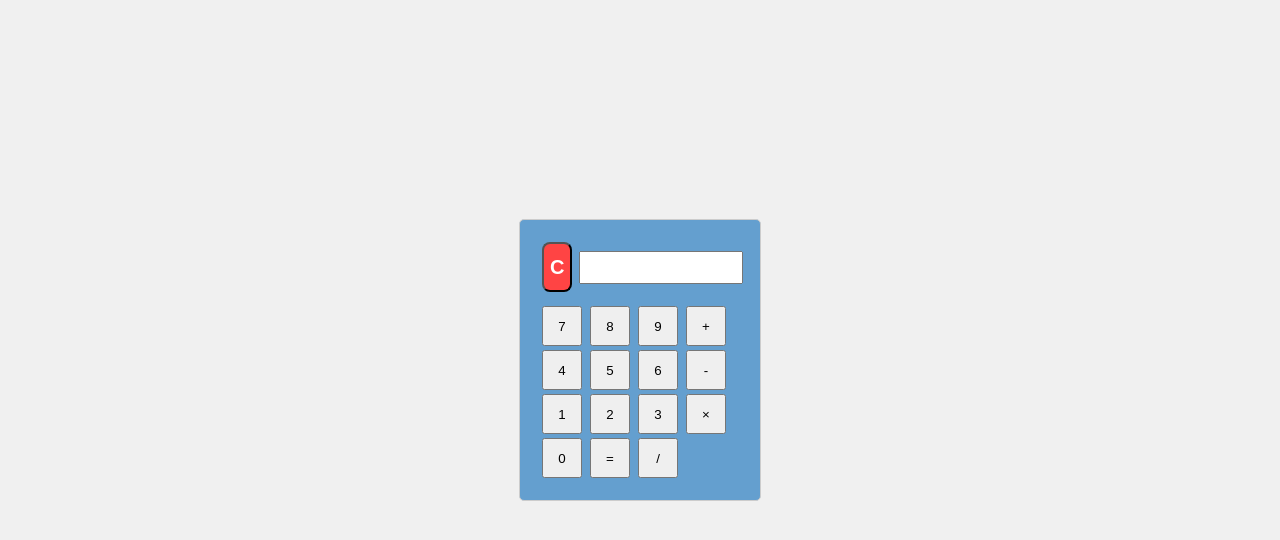
Repository: Burnmyheart/calculator
Page: index.html
The author's editor kept a copy of each file at every save. The page is drawn from the files as they stood at one save, then again after the next save.
The browser window is 1280 px wide. The pictures show the whole page.

Above is the page before, as saved 2025-04-28 22:39:57.

After the next save:
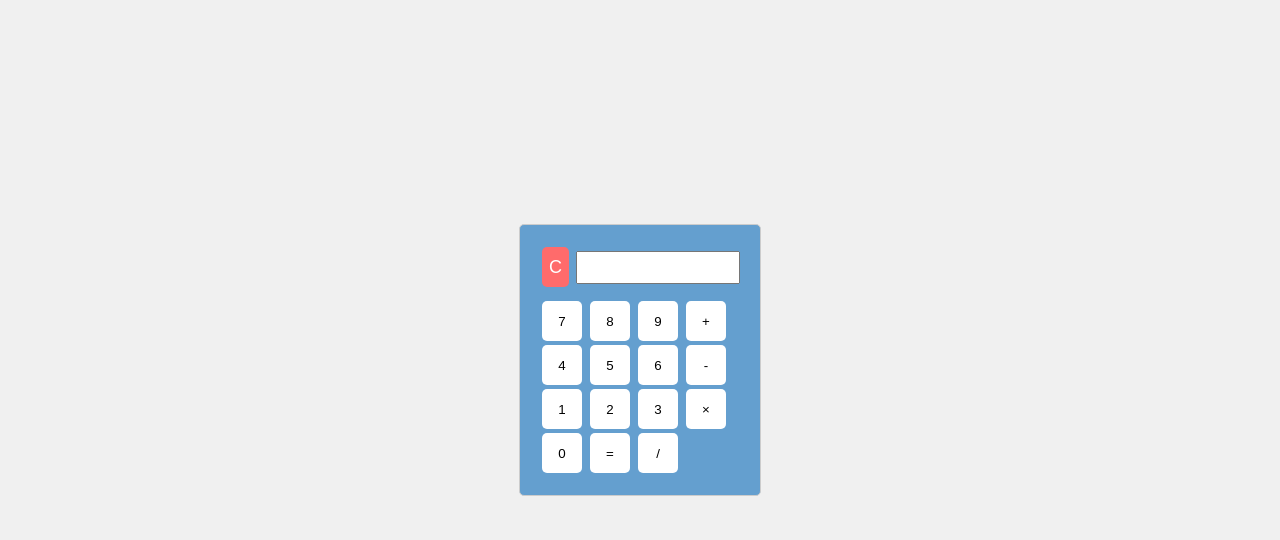
Saved 40 s later.
--- a/style.css
+++ b/style.css
@@ -34,14 +34,15 @@ button {
   width: 40px;
   height: 40px;
   margin: 2px;
+  border: none;
+  background-color: white;
+  border-radius: 5px;
 }
 
 .clear {
-  background-color: #ff4444;
+  background-color: #ff6b6b;
   color: white;
-  width: 50px;
-  height: 50px;
-  font-size: 20px;
-  font-weight: bold;
-  border-radius: 8px;
+  width: 40px;
+  height: 40px;
+  font-size: 18px;
 }
